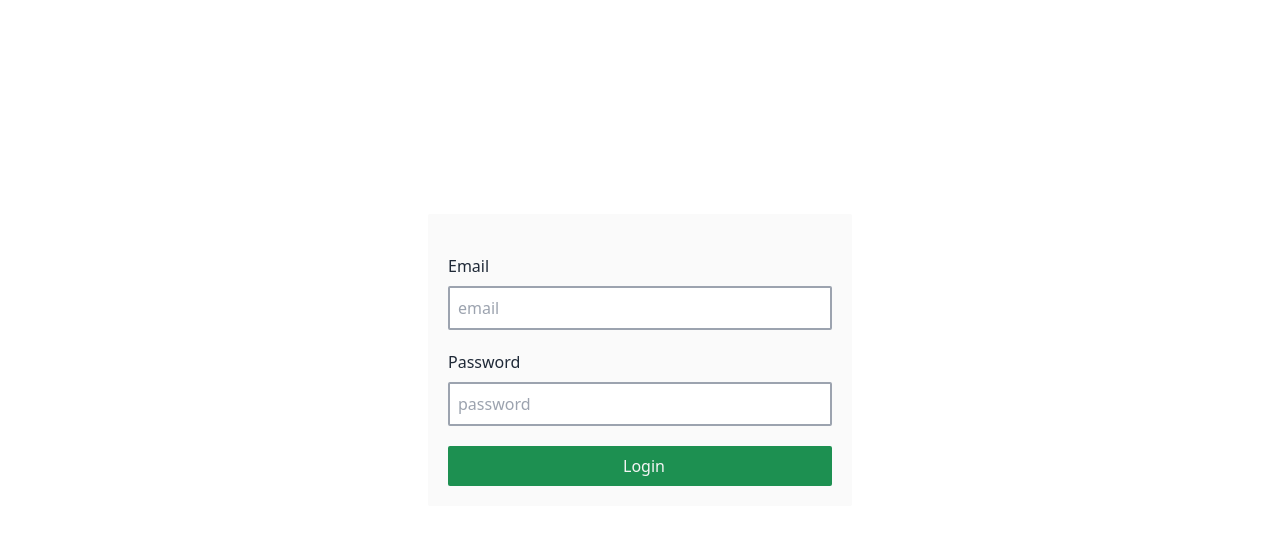
Repository: Sanaa00/Green-Exchange-AdminPanel
Page: /
An editor plug-in stored every save of this project. The page is shown before and after the next save, followed by the edit.
The browser window is 1280 px wide. The pictures show the whole page.
The project was rebuilt for these pictures with package versions that can differ from the ones it lists, and the page was loaded fresh each time. Also part of the build but not shown: vite.config.js, src/Component/Pagination.jsx, src/Pages/HideProducts.jsx, src/features/products.jsx, src/Component/Loading.jsx, src/Pages/Products.jsx, src/Component/Logo.jsx, src/Component/Sidbar.jsx and 8 more.

Above is the page before, as saved 2024-01-29 20:57:42.

### src/main.jsx
import React from 'react';
import ReactDOM from 'react-dom/client';
import App from './App.jsx';
import './index.css';
import { BrowserRouter } from 'react-router-dom';
import { Provider } from 'react-redux';
import store from './store.jsx';

ReactDOM.createRoot(document.getElementById('root')).render(
  <React.StrictMode>
    <BrowserRouter>
      <Provider store={store}>
        <App />
      </Provider>
    </BrowserRouter>
  </React.StrictMode>,
);

### src/App.jsx
import { Route, Routes } from 'react-router-dom';
import './App.css';
import HideProducts from './Pages/HideProducts';
import Products from './Pages/Products';
import Sidbar from './Component/Sidbar';
import Dashboard from './Pages/Dashboard';
import Setting from './Pages/Setting';
import Login from './Pages/Login';

function App() {
  return (
    <>
      <Routes>
        <Route path="/sidbar" element={<Sidbar />}>
          <Route path="sidbar" element={<Dashboard />} />
          <Route path="products" element={<Products />} />
          <Route path="setting" element={<Setting />} />
          <Route path="hide" element={<HideProducts />} />
        </Route>
        <Route path="/" element={<Login />} />
      </Routes>
    </>
  );
}

export default App;

### src/store.jsx
import { configureStore } from '@reduxjs/toolkit';
import { apiSlice } from './features/api';
export const store = configureStore({
  reducer: {
    [apiSlice.reducerPath]: apiSlice.reducer,
  },
  middleware: (getDefaultMiddleware) =>
    getDefaultMiddleware().concat(apiSlice.middleware),
});
export default store;

### src/Pages/Login.jsx
import { useEffect, useState } from 'react';
import PrimaryButton from '../Component/PrimaryButton';
import { useLoginMutation } from '../features/auth';
import { Navigate } from 'react-router-dom';

function Login() {
  const [login, { data, isError, isLoading, isSuccess }] = useLoginMutation();
  // console.log(data?.data?.data?.data);
  const [formData, setFormData] = useState({
    email: '',
    password: '',
  });
  console.log('login', data?.data, isError, isLoading, isSuccess);
  const handleInput = (e) => {
    setFormData({ ...formData, [e.target.name]: e.target.value });
  };
  const handleFormData = () => {
    console.log(formData);
    login(formData);
    //add to route
  };

  // useEffect(() => {
  //   localStorage.setItem('admin', data?.data?.data);
  // }, [data]);
  useEffect(() => {
    if (!isError && !isLoading && data && data?.status == 'success') {
      //  data?.status == 'success'
      //  ?
      JSON.stringify(localStorage.setItem('admin', JSON.stringify(data?.data)));
      //  : setThereUser('user not found');
    }
  }, [data, isError, isLoading]);
  if (data?.status == 'success' && data?.data?.token)
    return <Navigate to="/sidbar" replace />;

  return (
    <div className="flex flex-col text-gray-800 items-center justify-center h-screen ">
      <div className="bg-neutral-50 p-5 rounded-sm">
        <div className="mt-5 flex flex-col ">
          <label htmlFor="Username">Email</label>
          <input
            id="email"
            value={formData.email}
            onChange={(e) => handleInput(e)}
            required={true}
            name="email"
            className="mt-2 w-96 focus:outline-none border-2 py-2 rounded-sm p-2 hover:duration-300 duration-300 border-gray-400 hover:border-gray-500 focus:border-green"
            placeholder="email"
          />
        </div>{' '}
        <div className="mt-5 flex flex-col">
          <label htmlFor="Password">Password</label>
          <input
            id="password"
            value={formData.password}
            onChange={(e) => handleInput(e)}
            required={true}
            name="password"
            className="mt-2 w-96 focus:outline-none border-2 py-2 rounded-sm p-2 hover:duration-300 duration-300 border-gray-400 hover:border-gray-500 focus:border-green "
            placeholder="password"
          />
        </div>{' '}
        <div className="mt-5">
          <PrimaryButton
            text="Login"
            color={'green'}
            widthbutton={'24rem'}
            textColor="neutral-100"
            align={'center'}
            onClick={() => handleFormData()}
          />
        </div>
      </div>
    </div>
  );
}

export default Login;

### src/features/api.jsx
import { createApi, fetchBaseQuery } from '@reduxjs/toolkit/query/react';

export const apiSlice = createApi({
  reducerPath: 'api',
  baseQuery: fetchBaseQuery({
    baseUrl: import.meta.env.VITE_BACK_END,
    //     tagTypes: ['userData', 'products', 'profile'],
    prepareHeaders: (headers) => {
      const data = JSON.parse(localStorage.getItem('userData'));
      const token = data?.token;
      if (token) {
        headers.set('Authorization', `Bearer ${token}`);
      }

      return headers;
    },
  }),
  endpoints: () => ({}),
});

### utility.jsx
import { BiSolidDashboard } from 'react-icons/bi';
import { TbShoe } from 'react-icons/tb';
import { TbShoeOff } from 'react-icons/tb';
import { IoSettingsSharp } from 'react-icons/io5';
import { FaRegUser } from 'react-icons/fa6';
import { TbProgress } from 'react-icons/tb';
import { FiActivity } from 'react-icons/fi';
export const sidbarItem = [
  {
    id: 1,
    name: 'Dashboard',
    url: 'sidbar',
    icon: <BiSolidDashboard className="w-6 h-6" />,
  },
  {
    id: 2,
    name: 'Products',
    url: 'products',
    icon: <TbShoe className="w-6 h-6" />,
  },
  {
    id: 3,
    name: 'Hide Products',
    url: 'hide',
    icon: <TbShoeOff className="w-6 h-6" />,
  },
  {
    id: 4,
    name: 'Setting',
    url: 'setting',
    icon: <IoSettingsSharp className="w-6 h-6" />,
  },
];
export const products = [
  {
    id: 1,
    name: 'product 1',
    url: 'https://images.unsplash.com/photo-1560769629-975ec94e6a86?q=80&w=1964&auto=format&fit=crop&ixlib=rb-4.0.3&ixid=M3wxMjA3fDB8MHxwaG90by1wYWdlfHx8fGVufDB8fHx8fA%3D%3D',
  },
  {
    id: 2,
    name: 'product 2',
    url: 'https://images.unsplash.com/photo-1560769629-975ec94e6a86?q=80&w=1964&auto=format&fit=crop&ixlib=rb-4.0.3&ixid=M3wxMjA3fDB8MHxwaG90by1wYWdlfHx8fGVufDB8fHx8fA%3D%3D',
  },
  {
    id: 3,
    name: 'product 3',
    url: 'https://images.unsplash.com/photo-1560769629-975ec94e6a86?q=80&w=1964&auto=format&fit=crop&ixlib=rb-4.0.3&ixid=M3wxMjA3fDB8MHxwaG90by1wYWdlfHx8fGVufDB8fHx8fA%3D%3D',
  },
  {
    id: 4,
    name: 'product 4',
    url: 'https://images.unsplash.com/photo-1560769629-975ec94e6a86?q=80&w=1964&auto=format&fit=crop&ixlib=rb-4.0.3&ixid=M3wxMjA3fDB8MHxwaG90by1wYWdlfHx8fGVufDB8fHx8fA%3D%3D',
  },
  {
    id: 5,
    name: 'product 5',
    url: 'https://images.unsplash.com/photo-1560769629-975ec94e6a86?q=80&w=1964&auto=format&fit=crop&ixlib=rb-4.0.3&ixid=M3wxMjA3fDB8MHxwaG90by1wYWdlfHx8fGVufDB8fHx8fA%3D%3D',
  },
  {
    id: 6,
    name: 'product 6',
    url: 'https://images.unsplash.com/photo-1560769629-975ec94e6a86?q=80&w=1964&auto=format&fit=crop&ixlib=rb-4.0.3&ixid=M3wxMjA3fDB8MHxwaG90by1wYWdlfHx8fGVufDB8fHx8fA%3D%3D',
  },
];

export const UnHideProducts = [
  {
    id: 1,
    name: 'product 1',
    url: 'https://images.unsplash.com/photo-1560769629-975ec94e6a86?q=80&w=1964&auto=format&fit=crop&ixlib=rb-4.0.3&ixid=M3wxMjA3fDB8MHxwaG90by1wYWdlfHx8fGVufDB8fHx8fA%3D%3D',
  },
  {
    id: 2,
    name: 'product 2',
    url: 'https://images.unsplash.com/photo-1560769629-975ec94e6a86?q=80&w=1964&auto=format&fit=crop&ixlib=rb-4.0.3&ixid=M3wxMjA3fDB8MHxwaG90by1wYWdlfHx8fGVufDB8fHx8fA%3D%3D',
  },
  {
    id: 3,
    name: 'product 3',
    url: 'https://images.unsplash.com/photo-1560769629-975ec94e6a86?q=80&w=1964&auto=format&fit=crop&ixlib=rb-4.0.3&ixid=M3wxMjA3fDB8MHxwaG90by1wYWdlfHx8fGVufDB8fHx8fA%3D%3D',
  },
  {
    id: 4,
    name: 'product 4',
    url: 'https://images.unsplash.com/photo-1560769629-975ec94e6a86?q=80&w=1964&auto=format&fit=crop&ixlib=rb-4.0.3&ixid=M3wxMjA3fDB8MHxwaG90by1wYWdlfHx8fGVufDB8fHx8fA%3D%3D',
  },
  {
    id: 5,
    name: 'product 5',
    url: 'https://images.unsplash.com/photo-1560769629-975ec94e6a86?q=80&w=1964&auto=format&fit=crop&ixlib=rb-4.0.3&ixid=M3wxMjA3fDB8MHxwaG90by1wYWdlfHx8fGVufDB8fHx8fA%3D%3D',
  },
  {
    id: 6,
    name: 'product 6',
    url: 'https://images.unsplash.com/photo-1560769629-975ec94e6a86?q=80&w=1964&auto=format&fit=crop&ixlib=rb-4.0.3&ixid=M3wxMjA3fDB8MHxwaG90by1wYWdlfHx8fGVufDB8fHx8fA%3D%3D',
  },
];

export const total = [
  {
    id: 1,
    name: 'total user',
    icon: <FaRegUser />,
    number: 20,
  },
  {
    id: 2,
    name: 'total Activity',
    icon: <FiActivity />,
    number: 20,
  },
  {
    id: 3,
    name: 'total Product',
    icon: <TbShoe className="w-10 h-10" />,
    number: 20,
  },
  {
    id: 4,
    name: 'total order',
    icon: <TbProgress />,
    number: 20,
  },
];

### src/Component/PrimaryButton.jsx
/* eslint-disable react/prop-types */
// eslint-disable-next-line react/prop-types
function PrimaryButton({
  widthbutton,
  text,
  icon,
  color,
  textColor,
  align,
  onClick,
}) {
  return (
    <button
      onClick={onClick}
      //  onclick={onclick}
      style={{ width: widthbutton }}
      className={`rounded-sm py-1 text-neutral0 flex items-center bg-${color} text-${textColor} py-2 text-${align}`}
    >
      {icon}
      <span className="ml-2 w-full">{text}</span>
    </button>
  );
}

export default PrimaryButton;

### src/features/auth.jsx
import { apiSlice } from './api';

const authApi = apiSlice.injectEndpoints({
  endpoints: (builder) => ({
    signup: builder.mutation({
      query: (body) => ({
        url: 'api/user/signupauth/',
        method: 'POST',
        body: body,
      }),
    }),

    login: builder.mutation({
      query: (body) => ({
        url: 'api/user/admin',
        method: 'POST',
        body: body,
      }),
      invalidatesTags: ['userData'],
    }),
  }),
});

export const { useSignupMutation, useLoginMutation } = authApi;

### tailwind.config.js
/** @type {import('tailwindcss').Config} */
export default {
  content: ['./index.html', './src/**/*.{js,ts,jsx,tsx}'],
  theme: {
    extend: {
      fontFamily: {
        english: 'english',
        kurdish: 'kurdish',
        ubuntu: 'ubuntu',
      },
      colors: {
        green: '#1d9051',
        jade: {
          50: '#ebfef6',
          100: '#d0fbe6',
          200: '#a4f6d2',
          300: '#6aebbc',
          400: '#2fd89f',
          500: '#0abf88',
          600: '#00aa7a',
          700: '#007c5c',
          800: '#03624a',
          900: '#04503e',
          950: '#012d24',
        },
      },
    },
  },
  plugins: [],
};

// TODO:
// 1 - loading
// 2 - checky lengthy productakan bkamwa agar 0 bu illustration dabnem
// 3 - pagination tawaw kam katek data habu
// 4-

Loaded but not shown: index.html (common file); src/index.css (common file); src/App.css (common file)

After the next save:
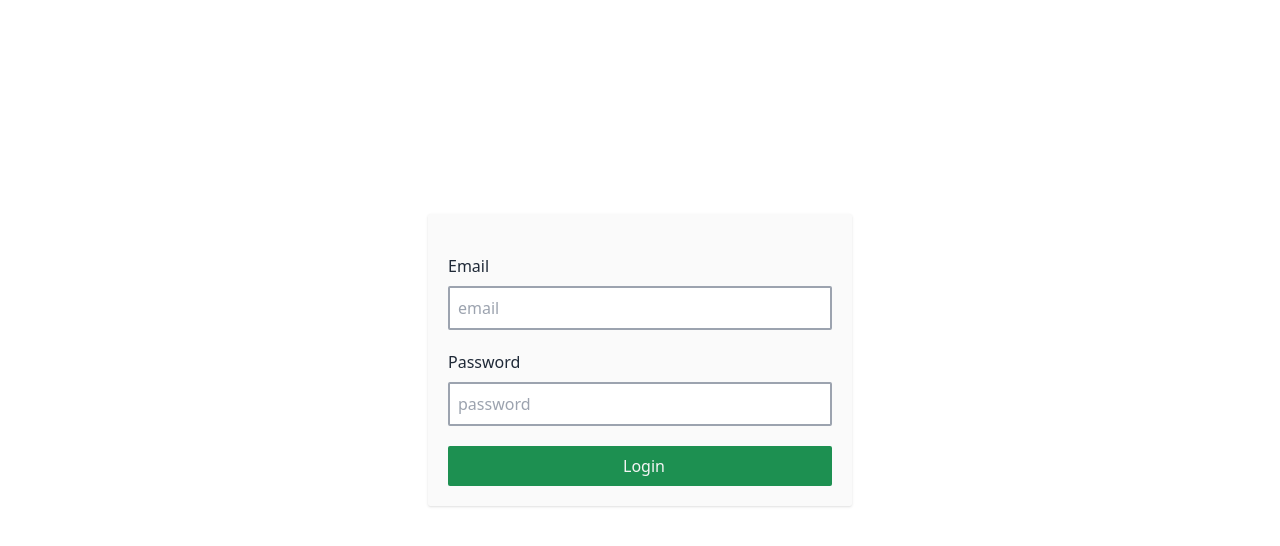
Saved 9 s later.
--- a/src/Pages/Login.jsx
+++ b/src/Pages/Login.jsx
@@ -36,7 +36,7 @@ function Login() {
 
   return (
     <div className="flex flex-col text-gray-800 items-center justify-center h-screen ">
-      <div className="bg-neutral-50 p-5 rounded-sm">
+      <div className="bg-neutral-50 p-5 rounded-sm shadow">
         <div className="mt-5 flex flex-col ">
           <label htmlFor="Username">Email</label>
           <input
